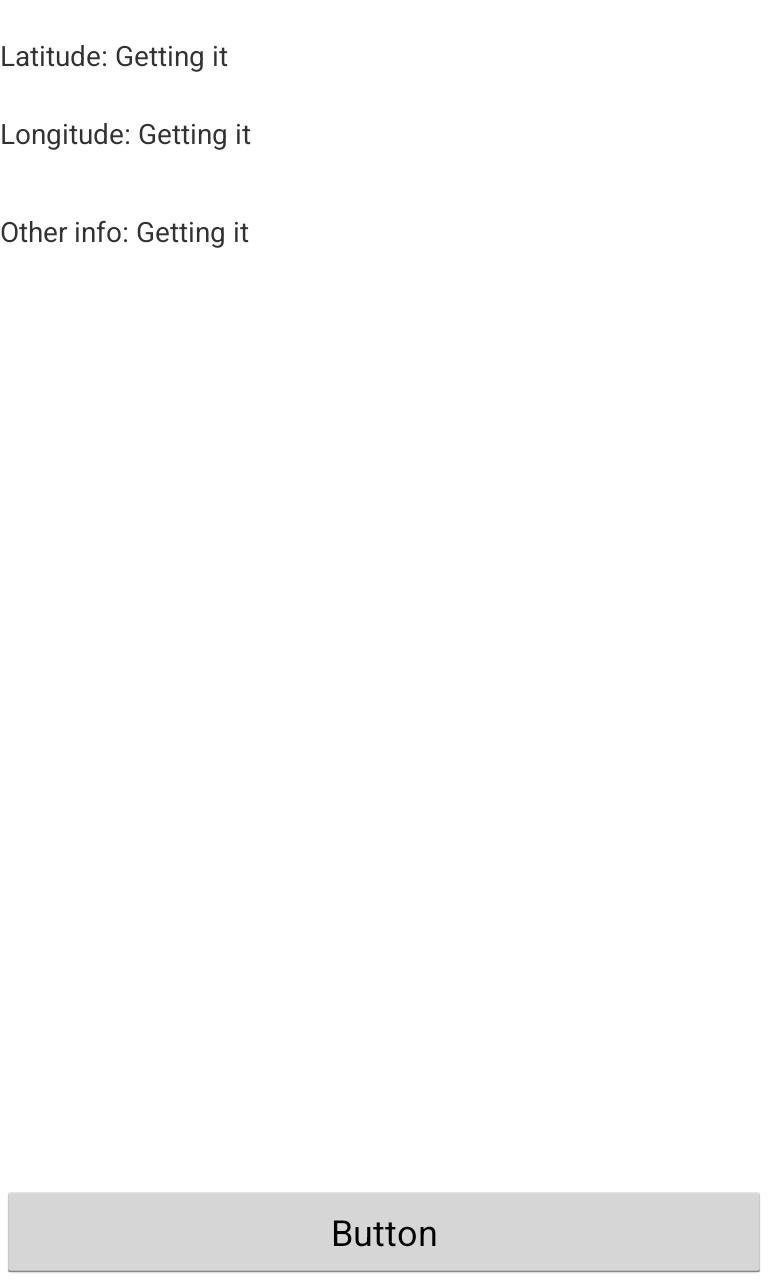
Repository: isitso/android_class
Layout: LocationGooglePlay/res/layout/main.xml
An editor plug-in stored every save of this project. The layout is shown before and after the next save, followed by the edit.
It is drawn on a 768 x 1280 px phone screen (xhdpi) without system bars, with theme AppTheme; the app's code is not run.

Above is the layout before, as saved 2014-04-28 00:31:19.

### LocationGooglePlay/res/layout/main.xml
<?xml version="1.0" encoding="utf-8"?>
<RelativeLayout xmlns:android="http://schemas.android.com/apk/res/android"
    android:layout_width="match_parent"
    android:layout_height="match_parent"
    android:orientation="vertical" >

    <Button
        android:id="@+id/button1"
        android:layout_width="match_parent"
        android:layout_height="wrap_content"
        android:layout_alignParentBottom="true"
        android:layout_alignParentLeft="true"
        android:text="Button" />

    <TextView
        android:id="@+id/latitudeView"
        android:layout_width="wrap_content"
        android:layout_height="wrap_content"
        android:layout_alignParentLeft="true"
        android:layout_alignParentTop="true"
        android:layout_marginTop="18dp"
        android:text="Latitude: Getting it" />

    <TextView
        android:id="@+id/longitudeView"
        android:layout_width="wrap_content"
        android:layout_height="wrap_content"
        android:layout_alignParentLeft="true"
        android:layout_below="@+id/latitudeView"
        android:layout_marginTop="20dp"
        android:text="Longitude: Getting it" />

    <TextView
        android:id="@+id/info"
        android:layout_width="wrap_content"
        android:layout_height="wrap_content"
        android:layout_alignParentLeft="true"
        android:layout_below="@+id/longitudeView"
        android:layout_marginTop="30dp"
        android:text="Other info: Getting it" />

</RelativeLayout>

Loaded but not shown: LocationGooglePlay/res/values/styles.xml (common file); LocationGooglePlay/res/values-v11/styles.xml (common file); LocationGooglePlay/res/values-v14/styles.xml (common file)

After the next save:
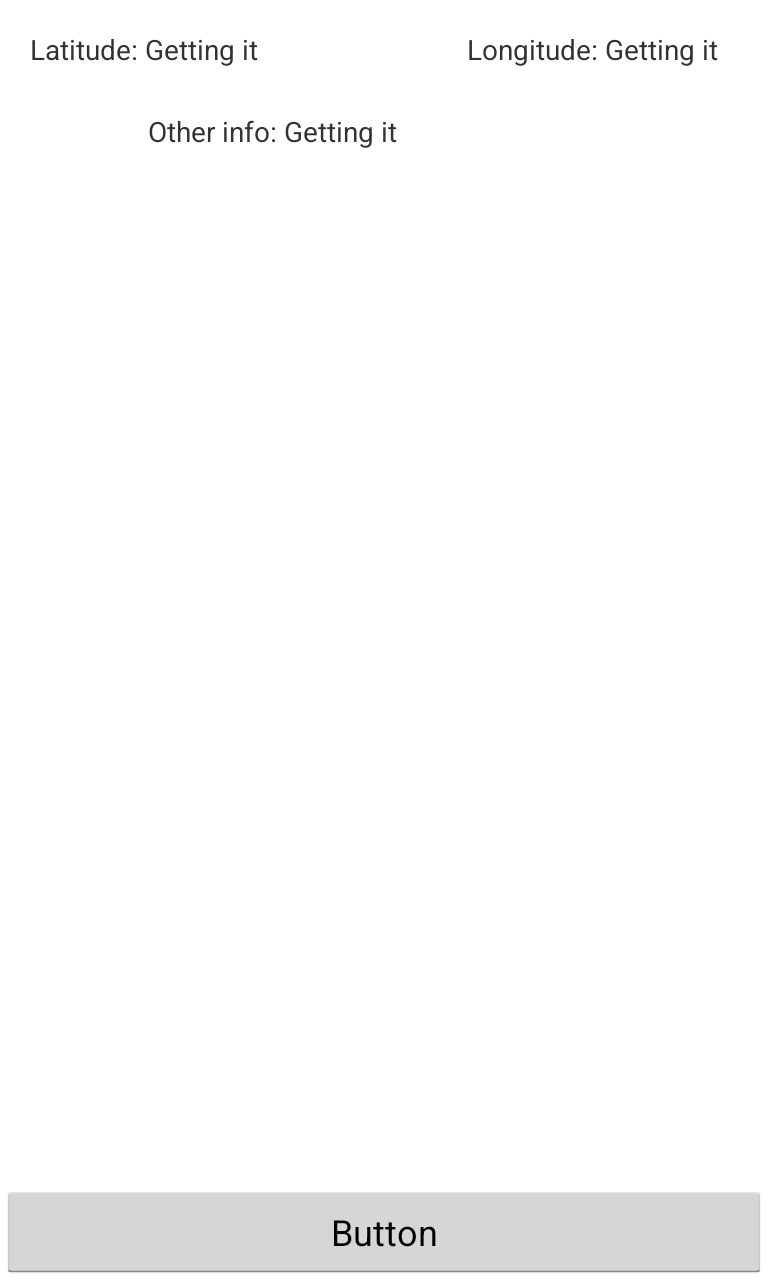
Saved 72 min 4 s later.
--- a/LocationGooglePlay/res/layout/main.xml
+++ b/LocationGooglePlay/res/layout/main.xml
@@ -13,30 +13,32 @@
         android:text="Button" />
 
     <TextView
+        android:id="@+id/info"
+        android:layout_width="wrap_content"
+        android:layout_height="wrap_content"
+        android:layout_alignParentLeft="true"
+        android:layout_below="@+id/latitudeView"
+        android:layout_marginLeft="74dp"
+        android:layout_marginTop="22dp"
+        android:text="Other info: Getting it" />
+
+    <TextView
+        android:id="@+id/longitudeView"
+        android:layout_width="wrap_content"
+        android:layout_height="wrap_content"
+        android:layout_above="@+id/info"
+        android:layout_alignParentRight="true"
+        android:layout_marginRight="25dp"
+        android:text="Longitude: Getting it" />
+
+    <TextView
         android:id="@+id/latitudeView"
         android:layout_width="wrap_content"
         android:layout_height="wrap_content"
         android:layout_alignParentLeft="true"
         android:layout_alignParentTop="true"
-        android:layout_marginTop="18dp"
+        android:layout_marginLeft="15dp"
+        android:layout_marginTop="15dp"
         android:text="Latitude: Getting it" />
 
-    <TextView
-        android:id="@+id/longitudeView"
-        android:layout_width="wrap_content"
-        android:layout_height="wrap_content"
-        android:layout_alignParentLeft="true"
-        android:layout_below="@+id/latitudeView"
-        android:layout_marginTop="20dp"
-        android:text="Longitude: Getting it" />
-
-    <TextView
-        android:id="@+id/info"
-        android:layout_width="wrap_content"
-        android:layout_height="wrap_content"
-        android:layout_alignParentLeft="true"
-        android:layout_below="@+id/longitudeView"
-        android:layout_marginTop="30dp"
-        android:text="Other info: Getting it" />
-
 </RelativeLayout>
